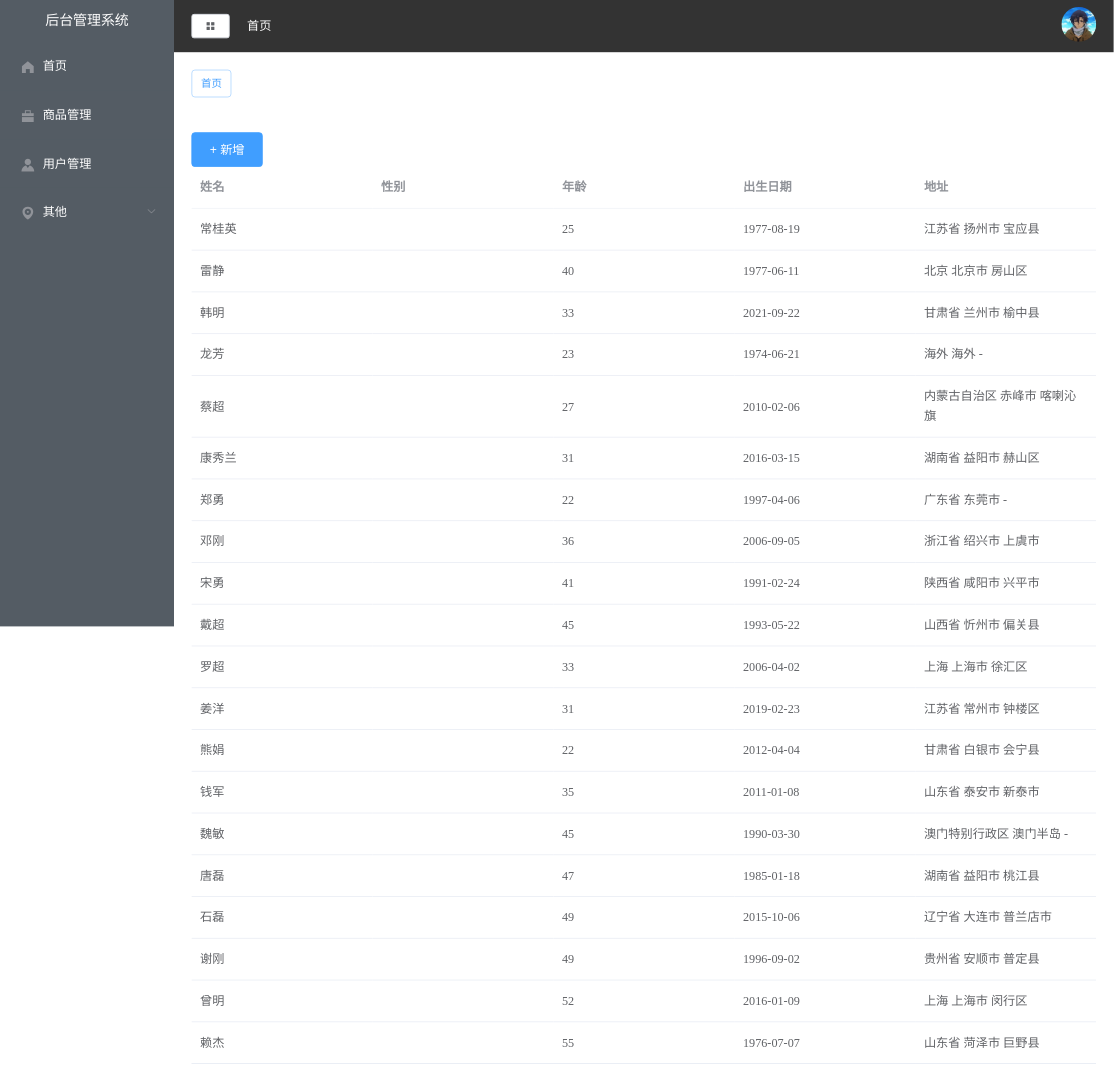
Repository: ldqml/ldqml.github.io
Page: /#/user
An editor plug-in stored every save of this project. The page is shown before and after the next save, followed by the edit.
The browser window is 1280 px wide. The pictures show the whole page, at 87% of full size.
The project was rebuilt for these pictures with package versions that can differ from the ones it lists, and the page was loaded fresh each time. Also part of the build but not shown: vue.config.js, src/views/Home.vue, src/views/Mall.vue, src/views/PageOne.vue, src/views/PageTwo.vue.

Above is the page before, as saved 2022-11-09 22:32:35.

### src/main.js
import Vue from 'vue'
import App from './App.vue'
import ElementUi from 'element-ui'
import 'element-ui/lib/theme-chalk/index.css'
import router from './router'
import store from './store'
import './api/mock'

Vue.use(ElementUi)
Vue.config.productionTip = false

new Vue({
  router,
  store,
  render: h => h(App),
}).$mount('#app')

### src/App.vue
<template>
  <div id="app">
    <!-- <el-row>
      <el-button disabled>默认按钮</el-button>
      <el-button type="primary" disabled>主要按钮</el-button>
      <el-button type="success" disabled>成功按钮</el-button>
      <el-button type="info" disabled>信息按钮</el-button>
      <el-button type="warning" disabled>警告按钮</el-button>
      <el-button type="danger" disabled>危险按钮</el-button>
    </el-row> -->
    <router-view></router-view>
  </div>
</template>

<script>
export default {
  name: "App",
  components: {},
};
</script>

<style lang="less">
html, body,h3,p{
  margin: 0;
  padding: 0;
}
</style>

### src/router/index.js
import Vue from 'vue'
import VueRouter from 'vue-router'
import User from '../views/User.vue'
import Home from '../views/Home.vue'
import Main from '../views/Main.vue'
import Mall from '../views/Mall.vue'
import PageOne from '../views/PageOne.vue'
import PageTwo from '../views/PageTwo.vue'

Vue.use(VueRouter)

const routes = [
    {
        path:'/',
        component:Main,
        redirect:'/home',
        children:[
            {
                path:'/',
                name:'home',
                component: Home
            },
            {
                path:'/user',
                name:'user',
                component: User
            },
            {
                path:'/mall',
                name:'mall',
                component: Mall
            },
            {
                path:'/page1',
                name:'page1',
                component: PageOne
            },
            {
                path:'/page2',
                name:'page2',
                component: PageTwo
            }
        ]
    }
]

const router = new VueRouter({
    routes
})

export default router

### src/store/index.js
import Vue from 'vue'
import Vuex from 'vuex'
import tab from './tab'

Vue.use(Vuex)

export default new Vuex.Store({
    modules:{
        tab
    }
})

### src/api/mock.js
import Mock from 'mockjs'
import homeApi from './mockServe/home'
import userApi from './mockServe/user'

Mock.mock('/api/home/getDate',homeApi.getStateDate)
Mock.mock('/api/user/add','post',userApi.createUser)
Mock.mock('/api/user/edit','post',userApi.updateUser)
Mock.mock('/api/user/del','post',userApi.deleteUser)
Mock.mock('/api/user/getUser',userApi.getUserList)

### src/views/User.vue
<template>
  <div class="manage">
    <el-dialog
      title="提示"
      :visible.sync="dialogVisible"
      width="35%"
      :before-close="handleClose"
    >
      <el-form
        ref="form"
        :rules="rules"
        :inline="true"
        :model="form"
        label-width="80px"
      >
        <el-form-item label="姓名" prop="name">
          <el-input placeholder="请输入姓名" v-model="form.name"></el-input>
        </el-form-item>
        <el-form-item label="年龄" prop="age">
          <el-input placeholder="请输入年龄" v-model="form.age"></el-input>
        </el-form-item>
        <el-form-item label="性别" prop="sex">
          <el-select v-model="form.sex" placeholder="请选择">
            <el-option label="男" value="1"></el-option>
            <el-option label="女" value="0"></el-option>
          </el-select>
        </el-form-item>
        <el-form-item label="出生日期" prop="birth">
          <el-col :span="11">
            <el-date-picker
              type="date"
              placeholder="选择日期"
              v-model="form.birth"
              style="width: 100%"
            ></el-date-picker>
          </el-col>
        </el-form-item>
        <el-form-item label="地址" prop="addr">
          <el-input placeholder="请输入地址" v-model="form.addr"></el-input>
        </el-form-item>
      </el-form>
      <span slot="footer" class="dialog-footer">
        <el-button @click="canc">取 消</el-button>
        <el-button type="primary" @click="submit">确 定</el-button>
      </span>
    </el-dialog>
    <div class="manage-header">
      <el-button @click="dialogVisible = true" type="primary">
        + 新增
      </el-button>
      <el-table :data="tableData" style="width: 100%">
        <el-table-column prop="name" label="姓名">
        </el-table-column>
        <el-table-column prop="sex" label="性别">
          <template slot-scope="scope">
            <span>

            </span>
          </template>
        </el-table-column>
        <el-table-column prop="age" label="年龄">
        </el-table-column>
        <el-table-column prop="birth" label="出生日期">
        </el-table-column>
        <el-table-column prop="addr" label="地址">
        </el-table-column>
      </el-table>
    </div>
  </div>
</template>
<script>
import {getUser} from '../api'
export default {
  data() {
    return {
      dialogVisible: false,
      form: {
        name: "",
        age: "",
        sex: "",
        birth: "",
        addr: "",
      },
      rules: {
        name: [{ required: true, message: "请输入姓名" }],
        age: [{ required: true, message: "请输入年龄" }],
        sex: [{ required: true, message: "请选择性别" }],
        birth: [{ required: true, message: "请选择生日" }],
        addr: [{ required: true, message: "请输入地址" }],
      },
      tableData: []
    };
  },
  methods: {
    submit() {
      this.$refs.form.validate((valid) => {
        if (valid) {
          this.$refs.form.resetFields();
          this.dialogVisible = false;
        }
      });
    },
    handleClose() {
      this.$refs.form.resetFields(), (this.dialogVisible = false);
    },
    canc() {
      this.handleClose();
    },
  },
  mounted(){
    getUser().then(({data}) =>{
      console.log(data)
      this.tableData = data.list;
    })
  }
};
</script>

### src/views/Main.vue
<template>
  <div>
    <el-container>
      <el-aside width="auto">
        <com-aside></com-aside>
      </el-aside>
      <el-container>
        <el-header>
          <com-header></com-header>
        </el-header>
        <common-tag></common-tag>
        <el-main>
            <router-view></router-view>
        </el-main>
      </el-container>
    </el-container>
  </div>
</template>
<script>
import ComAside from '../components/ComAside.vue'
import ComHeader from '../components/ComHeader.vue'
import CommonTag from '../components/CommonTag.vue'
export default {
  data() {
    return {}
  },
  components:{
    ComAside,
    ComHeader,
    CommonTag
  }
};
</script>

<style scoped>
.el-header{
  padding: 0;
}
</style>

### src/store/tab.js
export default{
    state:{
        isCollapse:false,
        tabsList:[
            {
                path: '/',
                name: 'home',
                label: '首页',
                icon: 's-home',
                url: 'Home/Home'
              }
        ]
    },
    mutations:{
        collapseMenu(state){
            state.isCollapse= !state.isCollapse
        },
        selectMenu(state,val){
            if(val.name !== 'home'){
                const index = state.tabsList.findIndex(item => item.name === val.name);
                if(index === -1){
                    state.tabsList.push(val)
                }
            }
        },
        closeTag(state,item){
            console.log(item,'item')
            const index = state.tabsList.findIndex(val => val.name === item.name)
            state.tabsList.splice(index,1)
        }
    }
}

### src/api/mockServe/home.js
import Mock from 'mockjs'

let List = []
export default {
    getStateDate:()=>{
        for(let i=0; i<7;i++){
            List.push(
                Mock.mock({
                    苹果:Mock.Random.float(100,8000,0,0),
                    vivo:Mock.Random.float(100,8000,0,0),
                    OPPO:Mock.Random.float(100,8000,0,0),
                    华为:Mock.Random.float(100,8000,0,0),
                    三星:Mock.Random.float(100,8000,0,0),
                    小米:Mock.Random.float(100,8000,0,0)
                })
            )
        }
        return {
            code:20000,
            data:{
                videData:[
                    {
                        name:'小米',
                        value:2999
                    },
                    {
                        name:'苹果',
                        value:2000
                    },
                    {
                        name:'vivo',
                        value:1699
                    },
                    {
                        name:'OPPO',
                        value:4999
                    },
                    {
                        name:'华为',
                        value:3699
                    },
                    {
                        name:'三星',
                        value:2499
                    }
                ],
                userData:[
                    {
                        date:'周一',
                        new:5,
                        active:200
                    },
                    {
                        date:'周二',
                        new:5,
                        active:500
                    },
                    {
                        date:'周三',
                        new:20,
                        active:550
                    },
                    {
                        date:'周四',
                        new:66,
                        active:600
                    },
                    {
                        date:'周五',
                        new:20,
                        active:100
                    },
                    {
                        date:'周六',
                        new:65,
                        active:400
                    },
                    {
                        date:'周日',
                        new:10,
                        active:300
                    }
                ],
                orderData:{
                    date:[],
                    data:List
                },
                tableData:[
                    {
                        name:'vivo',
                        todayBuy:200,
                        monthBuy:550,
                        totalBuy:22400
                    },
                    {
                        name:'OPPO',
                        todayBuy:300,
                        monthBuy:250,
                        totalBuy:29400
                    },
                    {
                        name:'苹果',
                        todayBuy:100,
                        monthBuy:150,
                        totalBuy:42400
                    },
                    {
                        name:'三星',
                        todayBuy:400,
                        monthBuy:450,
                        totalBuy:12400
                    },
                    {
                        name:'华为',
                        todayBuy:400,
                        monthBuy:650,
                        totalBuy:32400
                    },
                    {
                        name:'小米',
                        todayBuy:300,
                        monthBuy:450,
                        totalBuy:62400
                    }
                ]
            }
        }
    }
}

### src/api/mockServe/user.js
import Mock from "mockjs";

function param2Obj(url){
    const search = url.split('?')[1]
    if(!search){
        return {}
    }
    return JSON.parse(
        '{"'+
        decodeURIComponent(search)
        .replace(/"/g, '\\"')
        .replace(/&/g,'","')
        .replace(/=/g,'";"') +
        '}"'
    )
}

let List = []
const count = 200
for(let i = 0; i < count; i++){
    List.push(
        Mock.mock({
            id:Mock.Random.guid(),
            name:Mock.Random.cname(),
            addr:Mock.mock('@county(true)'),
            'age|18-60':1,
            birth:Mock.Random.date(),
            sex:Mock.Random.integer(0,1)
        })
    )
}

export default {
    getUserList: config =>{
        const {name,page =1,limit =20} = param2Obj(config.url)
        console.log('name:'+name,'page:'+page,'分页大小limit:' +limit)
        const mockList = List.filter(user=>{
            if(name&&user.name.indexOf(name)===-1&&user.addr.indexOf(name)===-1) return false
            return true
        })
        const pageList =mockList.filter((item,index)=>index<limit*page&&index>=limit*(page-1))
        return{
            code:20000,
            count:mockList.length,
            list:pageList
        }
    },
    createUser:config=>{
        const {name,addr,age,birth,sex} = JSON.parse(config.body)
        console.log(JSON.parse(config.body))
        List.unshift({
            id:Mock.Random.guid(),
            name:name,
            addr:addr,
            age:age,
            birth:birth,
            sex:sex
        })
        return{
            code:20000,
            date:{
                message:'添加成功'
            }
        }
    },
    deleteUser:config=>{
        const {id} = JSON.parse(config.body)
        if(!id){
            return{
                code:-999,
                message:'参数不正确'
            }
        }else{
            List= List.filter(u => u.id !== id)
            return{
                code:20000,
                message:'删除成功'
            }
        }
    },
    batchremove:config=>{
        let {ids} = param2Obj(config.url)
        ids = ids.split(',')
        List = List.filter(u => !ids.includes(u.id))
        return{
            code:20000,
            data:{
                message:'批量删除成功'
            }
        }
    },
    updateUser:config=>{
        const {id,name,addr,birth,sex,age} = JSON.parse(config.body)
        const sex_num = parseInt(sex)
        List.some(u =>{
            if(u.id === id){
                u.name = name
                u.addr = addr
                u.birth = birth
                u.sex = sex_num
                u.age = age
                return true
            }
        })
        return{
            code:20000,
            data:{
                message:'编辑成功'
            }
        }
    }
}

### src/api/index.js
import http from './request'

export const getDate =() =>{
    return http.get('/home/getDate')
}

export const getUser =(params) =>{
    return http.get('/user/getUser',params)
}

export const addUser =(data) =>{
    return http.post('/user/add',data)
}

export const editUser =(data) =>{
    return http.post('/user/edit',data)
}

export const delUser =(data) =>{
    return http.post('/user/del',data)
}

### src/components/ComAside.vue
<template>
  <el-menu
    default-active="1-4-1"
    class="el-menu-vertical-demo"
    @open="handleOpen"
    @close="handleClose"
    :collapse="isCollapse"
    background-color="#545c64"
    text-color="#fff"
    active-text-color="#ffd04b"
  >
    <h3>{{isCollapse ? '后台' : '后台管理系统'}}</h3>
    <el-menu-item @click="toPage(item)" v-for="item in noChildren" :key='item.name' :index="item.name">
      <i :class="`el-icon-${item.icon}`"></i>
      <span slot="title">{{item.label}}</span>
    </el-menu-item>
    <el-submenu v-for="item in hasChildren" :key="item.label" :index="item.label">
      <template slot="title">
        <i class="el-icon-location"></i>
        <span slot="title">{{item.label}}</span>
      </template>
      <el-menu-item-group>
        <el-menu-item @click="toPage(subitem)" v-for="subitem in item.children" :key="subitem.name" :index="subitem.name">{{subitem.label}}</el-menu-item>
      </el-menu-item-group>
    </el-submenu>
  </el-menu>
</template>

<style lang="less" scoped>
.el-menu-vertical-demo:not(.el-menu--collapse) {
  width: 200px;
  min-height: 400px;
}
.el-menu{
  height: 100vh;
  h3{
    color: #fff;
    text-align: center;
    line-height: 48px;
    font-size: 16px;
    font-weight: 400;
  }
}
</style>

<script>
export default {
  data() {
    return {
      menuDate:[
        {
          path: '/',
          name: 'home',
          label: '首页',
          icon: 's-home',
          url: 'Home/Home'
        },
        {
          path: '/mall',
          name: 'mall',
          label: '商品管理',
          icon: 's-cooperation',
          url: 'MallManage/MallManage'
        },
        {
          path: '/user',
          name: 'user',
          label: '用户管理',
          icon: 's-custom',
          url: 'UserManage/UserManage'
        },
        {
          label: '其他',
          icon: 'location',
          children: [
            {
              path: '/page1',
              name: 'page1',
              label: '首页1',
              icon: 'setting',
              url: 'Other/PageOne'
            },
            {
              path: '/page2',
              name: 'page2',
              label: '首页2',
              icon: 'setting',
              url: 'Other/PageTwo'
            }
          ]
        }
      ]
    };
  },
  methods: {
    handleOpen(key, keyPath) {
      console.log(key, keyPath);
    },
    handleClose(key, keyPath) {
      console.log(key, keyPath);
    },
    toPage(item){
      if(this.$route.path != item.path && !(this.$route.path === '/home' && (item.path === '/'))){
        this.$router.push(item.path)
      }
      this.$store.commit('selectMenu',item)
    }
  },
  computed:{
    noChildren(){
        return this.menuDate.filter(item => !item.children)
    },
    hasChildren(){
        return this.menuDate.filter(item => item.children)
    },
    isCollapse(){
      return this.$store.state.tab.isCollapse
    }
  }
};
</script>

<style lang="less" scoped>
.el-menu{
  border-right: none;
}
</style>

### src/components/ComHeader.vue
<template>
  <div class="header-container">
    <div class="l-content">
      <el-button style="margin-right:20px" @click="handMenu" icon="el-icon-menu" size="mini"></el-button>
      <el-breadcrumb separator="/">
        <el-breadcrumb-item v-for="item in tags" :key="item.path" :to="{ path: item.path }">{{item.label}}</el-breadcrumb-item>
      </el-breadcrumb>
    </div>
    <div class="r-content">
      <el-dropdown>
        <span class="el-dropdown-link">
          <img class="user" src="../images/1.jpeg" alt="" />
        </span>
        <el-dropdown-menu slot="dropdown">
          <el-dropdown-item>个人中心</el-dropdown-item>
          <el-dropdown-item>退出</el-dropdown-item>
        </el-dropdown-menu>
      </el-dropdown>
    </div>
  </div>
</template>
<script>
import {mapState} from 'vuex'
export default {
  data() {
    return {};
  },
  methods: {
    handMenu() {
      this.$store.commit("collapseMenu");
    },
  },
  computed:{
    ...mapState({
      tags:state=>state.tab.tabsList
    })
  }
};
</script>

<style lang="less" scoped>
.header-container {
  padding: 0 20px;
  background-color: #333;
  height: 60px;
  display: flex;
  justify-content: space-between;
  align-items: center;
  .text {
    color: #fff;
    font-size: 14px;
    margin-left: 10px;
  }
  .r-content {
    .user {
      width: 40px;
      height: 40px;
      border-radius: 50%;
    }
  }
  .l-content {
    display: flex;
    align-items: center;
    /deep/.el-breadcrumb__item{
      .el-breadcrumb__inner{
        font-weight: normal;
        &.is-link{
          color: #666;
        }
      }
      &:last-child{
        .el-breadcrumb__inner{
          color: #fff;
        }
      }
    }
  }
}
</style>

### src/components/CommonTag.vue
<template>
  <div class="tabs">
    <el-tag
      v-for="(item,index) in tags"
      :key="item.path"
      :closable="item.name !== 'home'"
      :type="item.type"
      :effect="$route.name === item.name ? 'dark' : 'plain'"
      @click="changMenu(item)"
      @close="handleClose(item,index)"
    >
      {{ item.label }}
    </el-tag>
  </div>
</template>

<script>
import {mapState} from 'vuex'
import {mapMutations} from 'vuex'
export default {
    name:'ComTag',
    data() {
        return {

        }
    },
    computed:{
        ...mapState({
            tags:state=>state.tab.tabsList
        })
    },
    methods:{
      ...mapMutations(['closeTag']),
      changMenu(item){
        this.$router.push({name:item.name})
      },
      handleClose(item,index){
        this.closeTag(item)
        const length = this.tags.length
        if(item.name !== this.$route.name){
          return
        }
        if(index == length){
          this.$router.push({
            name:this.tags[index-1].name
          })
        }else{
          this.$router.push({
            name:this.tags[index].name
          })
        }
      }
    }
}
</script>

<style lang="less" scoped>
.tabs{
  padding: 20px;
  .el-tag{
    margin-right: 15px;
    cursor: pointer;
  }
}
</style>

### src/api/request.js
import axios from "axios";

const http = axios.create({
    baseURL:'/api',
    timeout:5000
})

http.interceptors.request.use(function(config){
    return config
},function(error){
    return Promise.reject(error)
})

http.interceptors.response.use(function(response){
    return response
},function(error){
    return Promise.reject(error)
})
export default http

Loaded but not shown: public/index.html (common file)

After the next save:
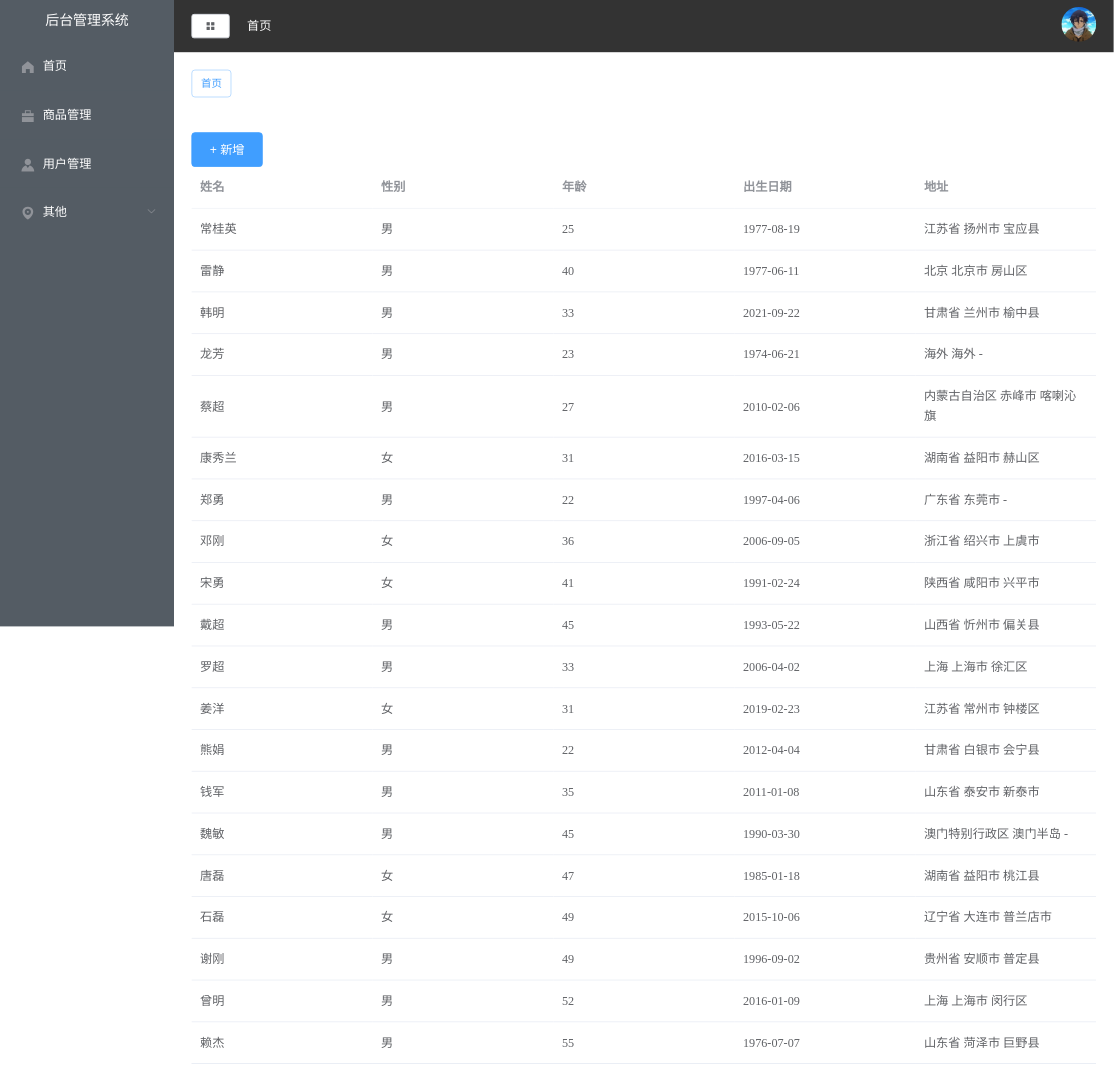
Saved 70 s later.
--- a/src/views/User.vue
+++ b/src/views/User.vue
@@ -54,7 +54,7 @@
         <el-table-column prop="sex" label="性别">
           <template slot-scope="scope">
             <span>
-
+              {{scope.row.sex == 1 ? '男' : '女'}}
             </span>
           </template>
         </el-table-column>
